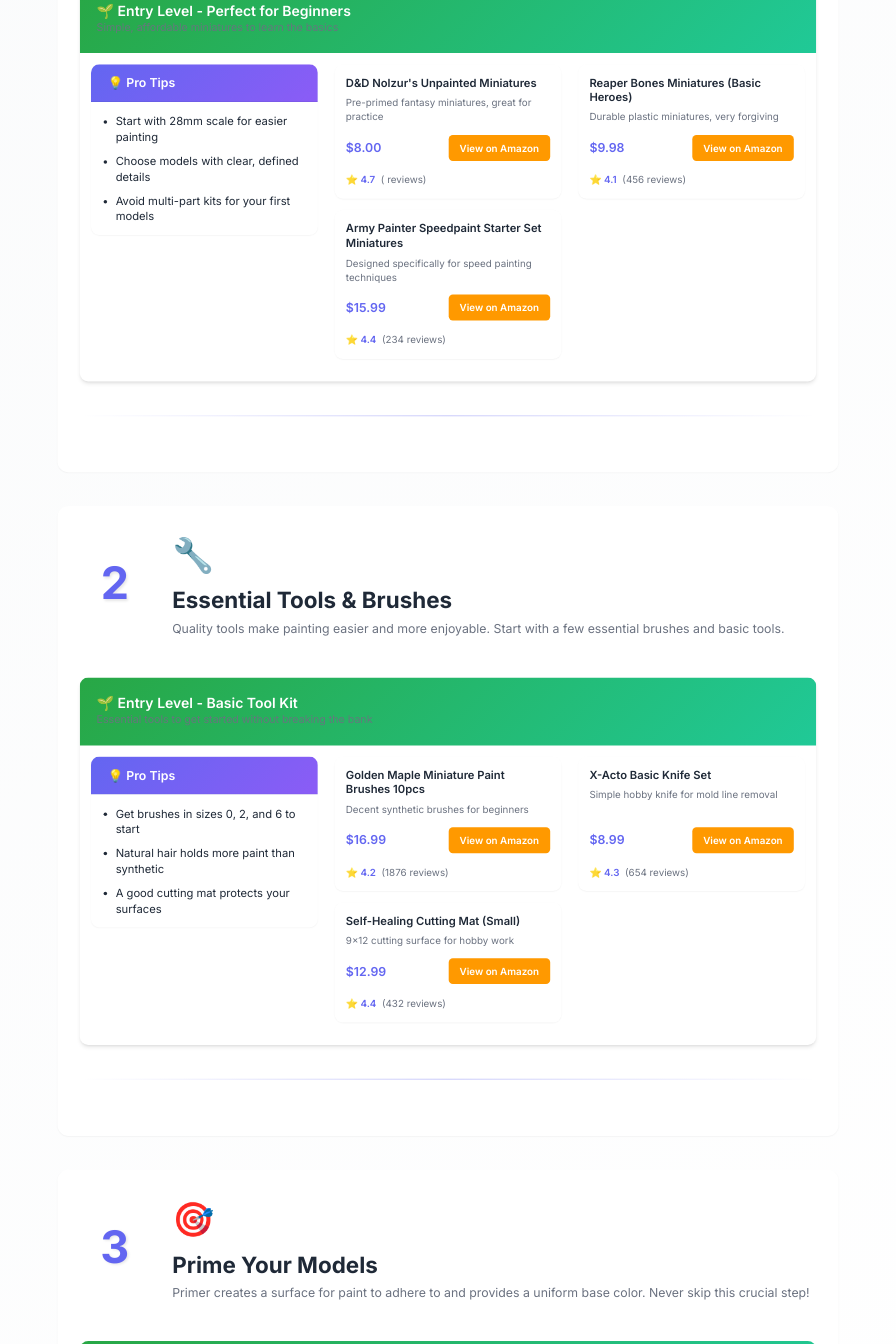
Repository: Aldentec/pushing-pigment-website
Page: /getting-started
An editor plug-in stored every save of this project. The page is shown before and after the next save, followed by the edit.
The browser window is 1280 px wide. The pictures show the part of the page from y = 1637 to 3557 px (the page is 10258 px tall), at 70% of full size.
The project was rebuilt for these pictures with package versions that can differ from the ones it lists, and the page was loaded fresh each time. Also part of the build but not shown: src/components/Hero/Hero.css, src/components/Hero/Hero.jsx, src/pages/Home/Home.jsx, src/data/tutorials.js, src/pages/Tutorials/Tutorials.jsx, src/pages/Products/Products.css, src/pages/Products/Products.jsx.

Above is the page before, as saved 2025-08-16 14:42:21.

After the next save:
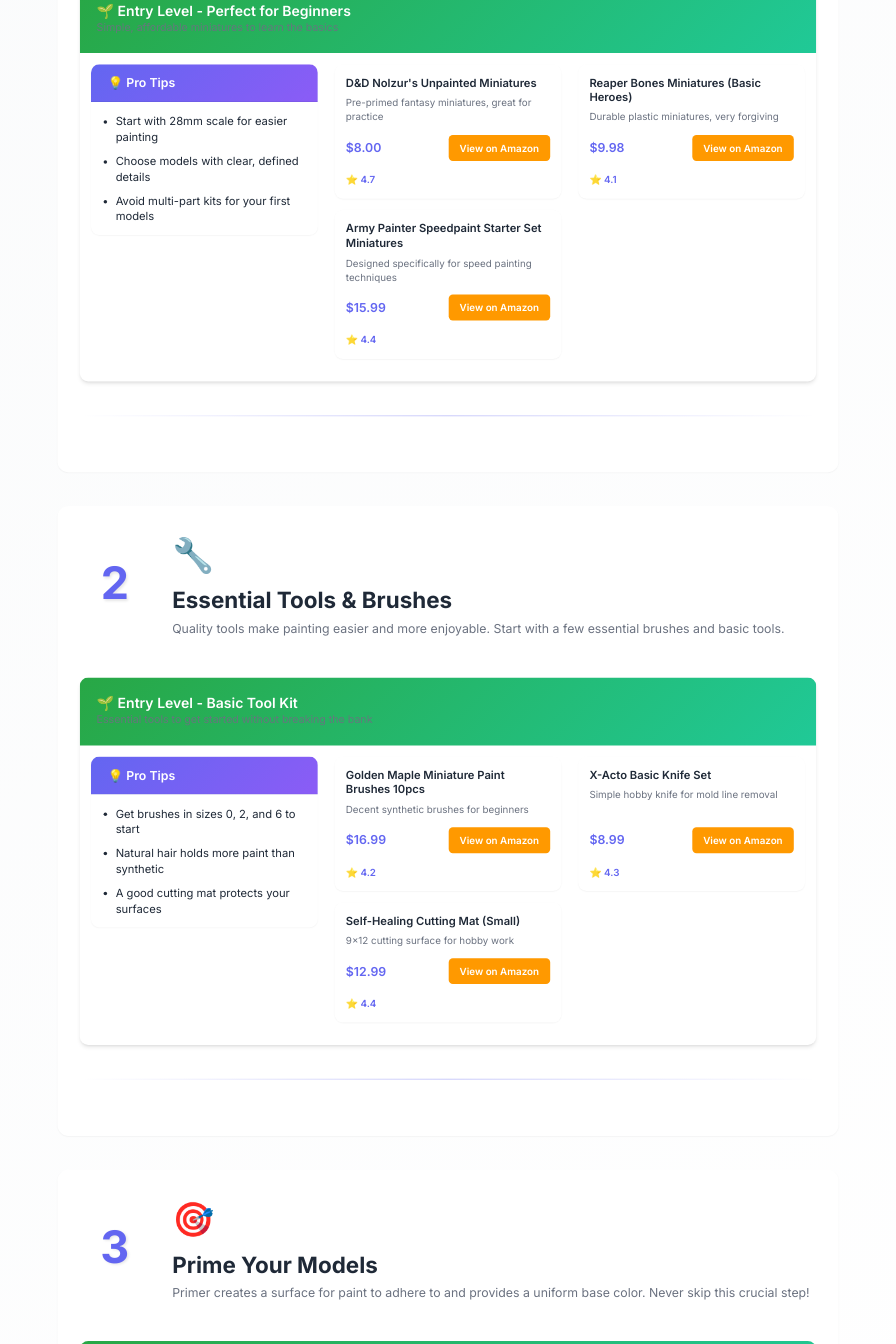
Saved 23 s later.
--- a/src/components/GettingStarted/GettingStarted.jsx
+++ b/src/components/GettingStarted/GettingStarted.jsx
@@ -223,7 +223,6 @@
                                     {product.rating && (
                                       <div className="product-rating">
                                         <span className="rating">⭐ {product.rating}</span>
-                                        <span className="review-count">({product.reviewCount} reviews)</span>
                                       </div>
                                     )}
                                   </Card.Body>
